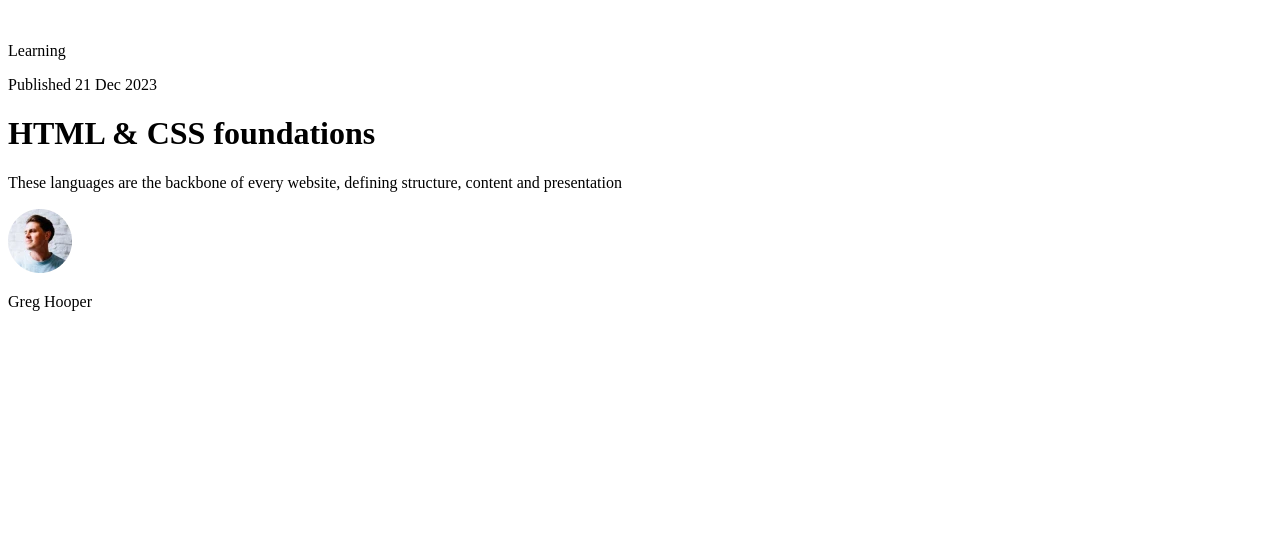
Repository: brandontaylor1/blogpreviewcard
Page: index.html
These files come from the project's save history. The page is drawn as it stood at one moment and after a run of saves; the edit follows.
The browser window is 1280 px wide. The pictures show the whole page.

Above is the page before, as saved 2024-12-25 10:50:37.

After the next 3 saves:
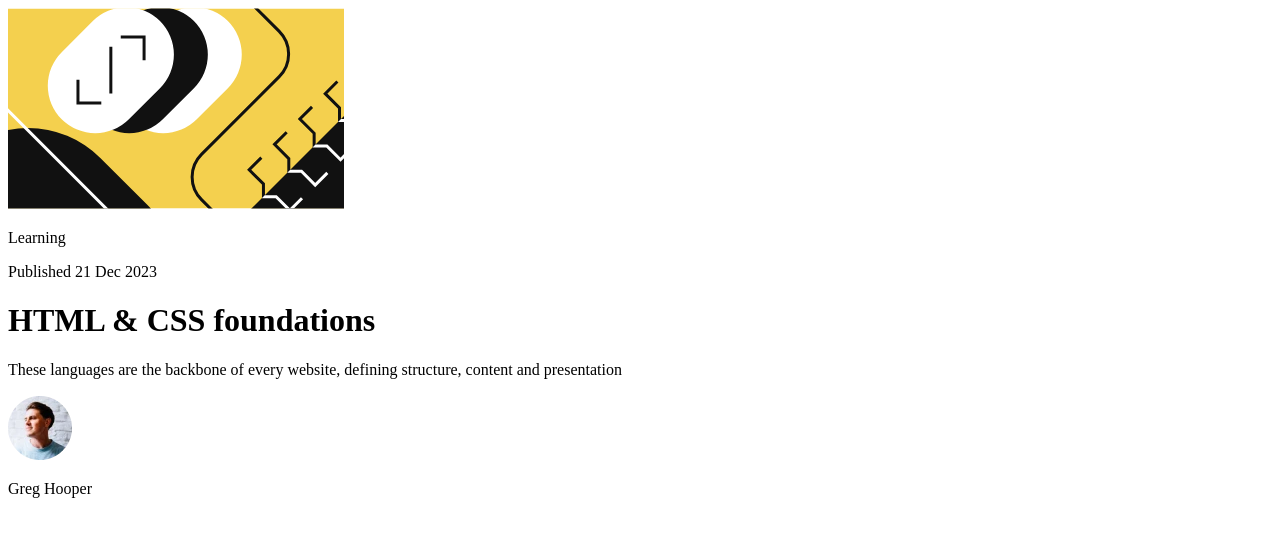
The 3 saves are shown as one change because they came seconds apart.
The last was saved 21 s later.
--- a/index.html
+++ b/index.html
@@ -8,7 +8,7 @@
 <body>
     <main class="container">
         <div class="img-container">
-            <img src="" alt="">
+            <img src="./images/illustration-article.svg" alt="">
         </div>
         <div class="card-content">
             <p>Learning</p>
